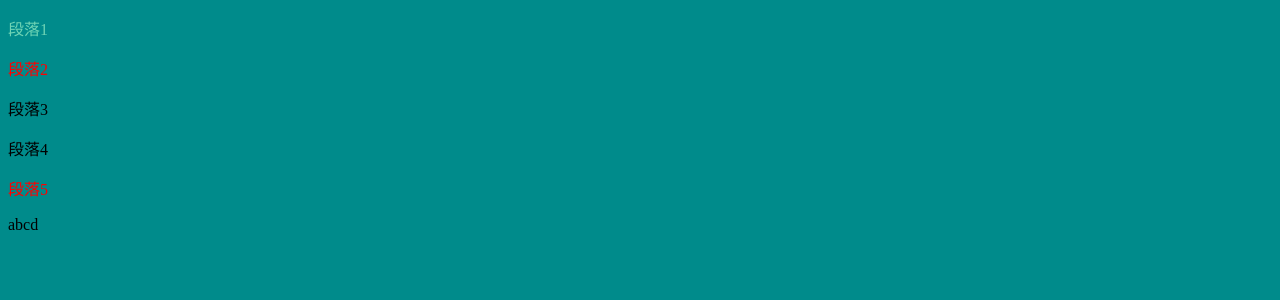
Repository: LstHeart/html-learning
Page: css3/CSS3选择器.html
The author's editor kept a copy of each file at every save. The page is drawn from the files as they stood at one save, then again after the next save.
The browser window is 1280 px wide. The pictures show the whole page.

Above is the page before, as saved 2021-01-07 21:30:00.

After the next save:
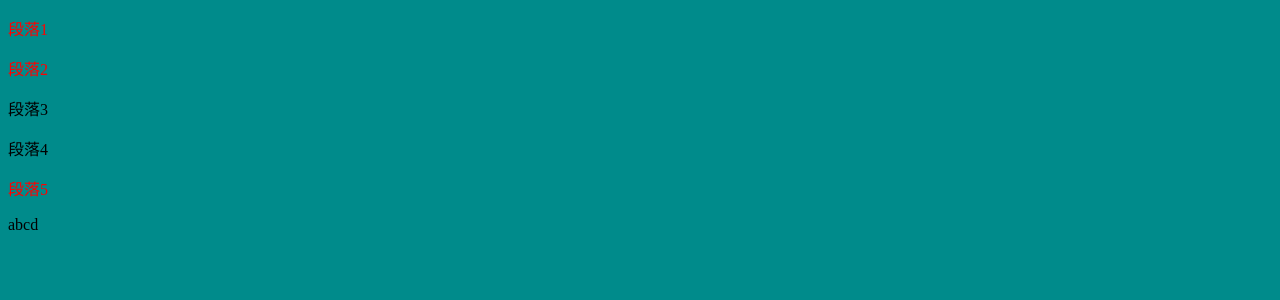
Saved 14 min 26 s later.
--- a/css3/CSS3选择器.css
+++ b/css3/CSS3选择器.css
@@ -27,5 +27,5 @@
     */
 p:first-child{
     /* color: #ffffff; */
-    color: #6ed4b5
+    color:
 }

After the 5 saves that followed:
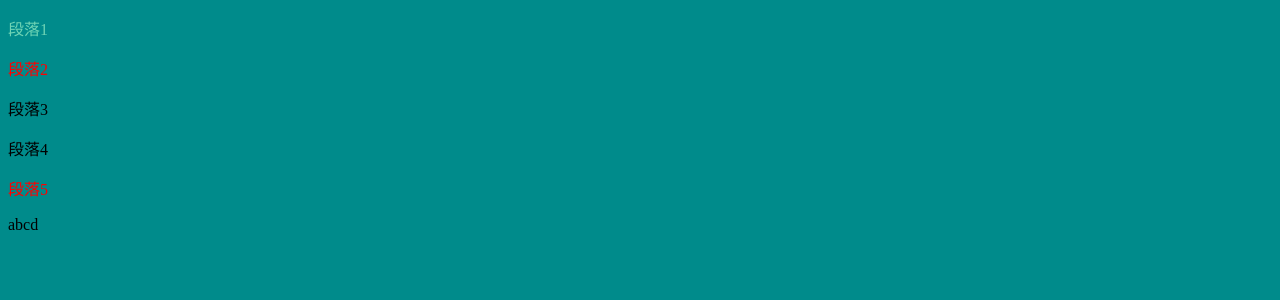
The 5 saves are shown as one change because 4 left the picture as it was.
The last was saved 12 min 54 s later.
--- a/css3/CSS3选择器.css
+++ b/css3/CSS3选择器.css
@@ -27,5 +27,5 @@
     */
 p:first-child{
     /* color: #ffffff; */
-    color:
+    color: #6ed4b5;
 }
